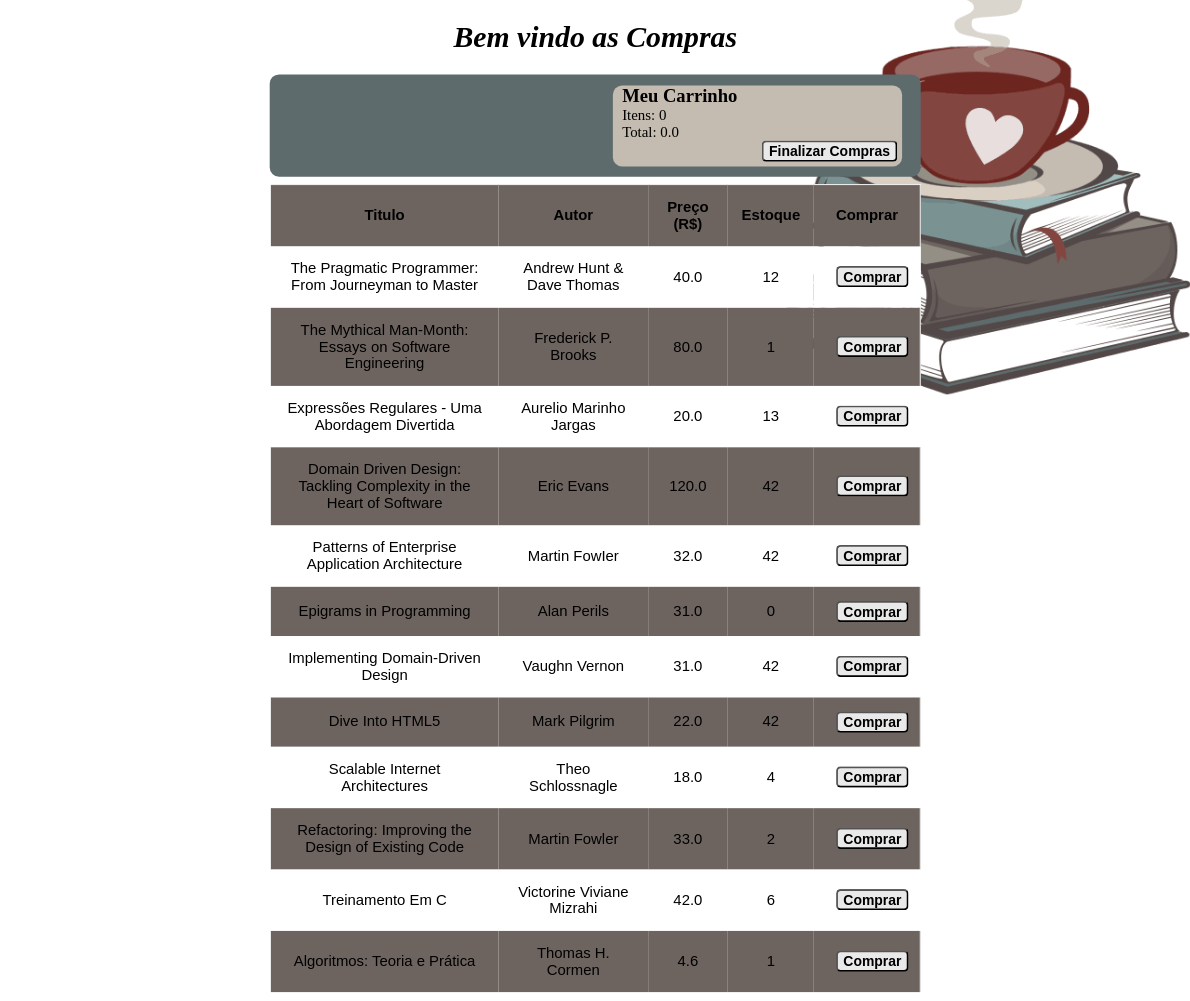
Repository: gabriellacrystina/ProjetoTegra
Page: http://localhost/book-store/Produtos
An editor plug-in stored every save of this project. The page is shown before and after the next save, followed by the edit.
The browser window is 1280 px wide. The pictures show the whole page, at 93% of full size.
Backgrounds fixed to the window are drawn as part of the page. The page is served by Tomcat 9. Other server files are loaded and not shown.

Above is the page before, as saved 2016-07-07 18:36:53.

### book-store/WebContent/index.jsp
<%@ page language="java" contentType="text/html; charset=UTF-8"
    pageEncoding="UTF-8"%>
<%@ page import="model.Produto" %>
<%@ page import="model.Item" %>
<%@ page import="java.util.ArrayList" %>
<%@ page import="java.util.List" %>
<%@ taglib uri="http://java.sun.com/jsp/jstl/core" prefix="c" %>


<!DOCTYPE html PUBLIC "-//W3C//DTD HTML 4.01 Transitional//EN" "http://www.w3.org/TR/html4/loose.dtd">
<html>
	<head>
		<meta http-equiv="Content-Type" content="text/html; charset=UTF-8">
		<link rel="stylesheet" type="text/css" href="book-store-style.css">
		<title>BookStore</title>
	</head>
	<body>
		<div class="cabecalho">
			<h1>Bem vindo as Compras</h1>
		</div>
		<%
			//Retirar esta lógica daqui!!
			ArrayList<Item> livrosEscolhidos = (ArrayList<Item>)session.getAttribute("listaItens");
			int qtde=0;
			double total=0;
			if( livrosEscolhidos != null){
				for(Item i: livrosEscolhidos){
					qtde = qtde + i.getQuantidade();
					total = total +  i.getProduto().getPreco() * i.getQuantidade();

				}
			}
		%>
			<div class="my-cart">
				<div class="cart">
					<label id="lbl-meu-carrinho">Meu Carrinho</label><br>
						Itens: <output class="lbl-itens" id="qtde-itens" name="quantidade-itens"><%=qtde%></output><br>
						Total: <output class="lbl-total" id="total" name="total-itens"><%=total%></output><br>
						<form action="MeuCarrinho">
							<button type="submit" class="btn" id="btn-finalizar-compra">Finalizar Compras</button>
						</form>
				</div>
			</div>

			<table id="tbl-books">
			  <tr>
			    <th>Titulo</th>
			    <th>Autor</th>
			    <th>Preço (R$)</th>
			    <th>Estoque</th>
			    <th>Comprar</th>
			  </tr>
		  		<c:forEach var="livro" items="${listaProdutos}" >
		  			<tr class="livros">
						<td class="nome-livro">${livro.titulo}</td>
						<td class="nome-autor">${livro.autor}</td>
						<td class="preco">${livro.preco}</td>
						<td class="estoque">${livro.estoque}</td>
						<td>
							<form action="Produtos" method="post" name="produtos" >
								<input type="hidden" name="id-livro" value="${livro.id}">
								<button class="btn btn-comprar" type="submit">Comprar</button>
							</form>

						</td>
					</tr>
				</c:forEach>
			</table>
		</body>
</html>

### book-store/src/servlet/BuscaProdutos.java
package servlet;

import java.io.IOException;

import javax.servlet.ServletException;
import javax.servlet.annotation.WebServlet;
import javax.servlet.http.HttpServlet;
import javax.servlet.http.HttpServletRequest;
import javax.servlet.http.HttpServletResponse;
import javax.servlet.http.HttpSession;

import java.util.ArrayList;
import java.util.List;

import model.Item;
import model.Produto;
import dao.ProdutoDAO;

/**
 * Servlet implementation class BuscaProdutos
 * Classe responsavel por gerar uma lista estatica de produtos;
 * E ainda montar uma lista de livros escolhidos pelo o usuário.
 *
 */
@WebServlet("/Produtos")
public class BuscaProdutos extends HttpServlet {
	private static final long serialVersionUID = 1L;

    /**
     * @see HttpServlet#HttpServlet()
     */
    public BuscaProdutos() {
        super();
        // TODO Auto-generated constructor stub
    }

	/**
	 * @see HttpServlet#doGet(HttpServletRequest request, HttpServletResponse response)
	 */
	protected void doGet(HttpServletRequest request, HttpServletResponse response) throws ServletException, IOException {

		HttpSession sessao = request.getSession();

		//Gerando lista estatica.
		List<Produto> produtos = new ProdutoDAO().getListaProdutos();

		//colocando na sessao a lista de produtos
		sessao.setAttribute("listaProdutos", produtos);

		//redirecionar pro index.
		request.getRequestDispatcher("index.jsp").forward(request, response);
	}

	/**
	 * @see HttpServlet#doPost(HttpServletRequest request, HttpServletResponse response)
	 */
	protected void doPost(HttpServletRequest request, HttpServletResponse response) throws ServletException, IOException {
		HttpSession sessao = request.getSession();
		Item item = new Item();
		Produto produto;
		double subtotal = 0, total=0;
		Integer indice, quantidade=0, qtdeLivros=0;
		Item itemEncontrado = null;

		//captura Lista de Produtos e LivrosEscolhidos da sessao.
		List<Produto> produtos = (ArrayList<Produto>) sessao.getAttribute("listaProdutos");
		ArrayList<Item> livrosEscolhidos = (ArrayList<Item>) sessao.getAttribute("listaItens");

		if(livrosEscolhidos == null){
			livrosEscolhidos = new ArrayList<Item>();
			sessao.setAttribute("listaItens", livrosEscolhidos);
		}

		//Indice do livro
		indice = Integer.parseInt(request.getParameter("id-livro"));
		produto = produtos.get(indice);

		if(produto.contemEstoqueDisponivel()){
			/**Montando um item para adicionar em livrosEscolhidos.**/
			//Se a lista estiver vazia
			if(livrosEscolhidos.isEmpty()){
				//add item
				item.setProduto(produto);

				quantidade = item.getQuantidade() + 1;
				item.setQuantidade(quantidade);

				subtotal = quantidade * produto.getPreco();
				item.setSubtotal(subtotal);

				livrosEscolhidos.add(item);

				produto.atualizaEstoqueVenda();
			}else{
				//Senao percorre a lista
				for(int i=0; i<livrosEscolhidos.size(); i++){
					//verifica se o item a ser adicionado já existe na lista de livros Escolhidos
					if(produto.getTitulo().equals(livrosEscolhidos.get(i).getProduto().getTitulo())){
						itemEncontrado = livrosEscolhidos.get(i);
					}
				}
				//item já existe na lista?
				if(itemEncontrado != null){
					//atualiza a quantidade e o subtotal deste item
					itemEncontrado.adicionarQuantidade();

					itemEncontrado.adicionarSubtotal(produto.getPreco());

					produto.atualizaEstoqueVenda();
				}else{
					//senao adiciona um novo item na lista
					item.setProduto(produto);

					quantidade = item.getQuantidade() + 1;
					item.setQuantidade(quantidade);

					subtotal = quantidade * produto.getPreco();
					item.setSubtotal(subtotal);

					livrosEscolhidos.add(item);

					produto.atualizaEstoqueVenda();
				}
			}
		}

		//Total de livros e valor correspondente
		if( livrosEscolhidos != null){
			for(Item i: livrosEscolhidos){
				qtdeLivros = qtdeLivros + i.getQuantidade();
				total = total +  i.getProduto().getPreco() * i.getQuantidade();
			}
		}

		sessao.setAttribute("qtdeLivros", qtdeLivros);
		sessao.setAttribute("total", total);
		request.getRequestDispatcher("index.jsp").forward(request, response);
	}
}

### book-store/src/dao/ProdutoDAO.java
package dao;

import java.util.ArrayList;
import java.util.List;

import model.Produto;

/**
 * Produto(Data Object Access)
 *
 * Classe que simula acesso ao banco de dados
 */

public class ProdutoDAO {

	private final static List<Produto> listaProdutos = new ArrayList<>();

	static{
		adicionaProduto(new Produto("The Pragmatic Programmer: From Journeyman to Master", "Andrew Hunt & Dave Thomas", 40.00, 12));
		adicionaProduto(new Produto("The Mythical Man-Month: Essays on Software Engineering", "Frederick P. Brooks", 80.00, 1));
		adicionaProduto(new Produto("Expressões Regulares - Uma Abordagem Divertida", "Aurelio Marinho Jargas",20.00 ,13 ));
		adicionaProduto(new Produto("Domain Driven Design: Tackling Complexity in the Heart of Software", "Eric Evans", 120.00, 42));
		adicionaProduto(new Produto("Patterns of Enterprise Application Architecture", "Martin FowIer", 32.00, 42));
		adicionaProduto(new Produto("Epigrams in Programming", "Alan Perils", 31.00, 0));
		adicionaProduto(new Produto("Implementing Domain-Driven Design", "Vaughn Vernon", 31.00, 42));
		adicionaProduto(new Produto("Dive Into HTML5", "Mark Pilgrim", 22.00, 42));
		adicionaProduto(new Produto("Scalable Internet Architectures", "Theo Schlossnagle", 18.00, 4));
		adicionaProduto(new Produto("Refactoring: Improving the Design of Existing Code", "Martin Fowler", 33.00, 2));
		adicionaProduto(new Produto("Treinamento Em C", "Victorine Viviane Mizrahi", 42.00, 6));
		adicionaProduto(new Produto("Algoritmos: Teoria e Prática", "Thomas H. Cormen", 4.60, 1));
	}


	//Metodo que gera id automático e adiciona um produto na lista.
	private static void adicionaProduto(Produto produto){
		int id = listaProdutos.size();
		produto.setId(id);
		listaProdutos.add(produto);
	}

	public List<Produto> getListaProdutos(){
		return listaProdutos;
	}
}

### book-store/src/model/Produto.java
package model;

public class Produto {

	private int id;
	private String titulo;
	private String autor;
	private Double preco;
	private int estoque;

	public Produto(String titulo, String autor, Double preco, int estoque) {
		this.titulo = titulo;
		this.autor = autor;
		this.preco = preco;
		this.estoque = estoque;
	}

	public int getId(){
		return id;
	}

	public void setId(int id){
		this.id = id;
	}

	public String getTitulo() {
		return titulo;
	}

	public String getAutor() {
		return autor;
	}

	public Double getPreco() {
		return preco;
	}

	public int getEstoque() {
		return estoque;
	}

	public void atualizaEstoqueVenda(){
		this.estoque -= 1;
	}

	public void atualizaEstoqueDevolucao(){
		this.estoque += 1;
	}
}

### book-store/WebContent/book-store-style.css
@CHARSET "ISO-8859-1";

body {
	background-image: url("teste.png");
	background-repeat: no-repeat;
	background-position: right top;
	background-attachment: fixed;
    width: 700px;
    margin-left: auto;
	margin-right: auto;
}

h1 {
	font-style: oblique;
	text-align: center;
    color: #000000;
}

#tbl-books {
	width: 100%;
	font-family: "Arial", "Helvetica", sans-serif;
	border: 1px solid #ffffff;
    border-collapse: collapse;

}

#tbl-books tr:nth-child(even){
	background-color: #FFFFFF
}

#tbl-books tr:nth-child(odd){
	background-color: #6D6460;
}

th, td {
    padding: 15px;
    text-align: center;
}

.my-cart{
	width: 100%;
	height: 110px;
	border-radius: 10px;
    padding: 12px 20px;
    margin: 8px 0;
    box-sizing: border-box;
	background-color: #5D6B6C;
	margin-left: auto;
	margin-right: auto;
}
.cart{
	float: right;
	background-color: #c4bcb0;
	border-radius: 10px;
	padding-left: 10px;
	padding-bottom: 5px;
	margin-left: auto;
	margin-right: auto;
}

.carrinho{
	background-color: #c4bcb0;
	border-radius: 10px;
	padding-left: 100px;
	padding-right: 500px;
	padding-bottom: 85px;
}

#lbl-meu-carrinho{
	font-size: 20px;
	font-weight: bold;
}

.btn {
	font-family: "Arial", "Helvetica", sans-serif;
	border-radius: 5px;
	font-size: 15px;
	font-weight: bold;
	margin-left: 150px;
	margin-right: 5px;
	background-color: #e9e9e9;
}

.btn-comprar{
	margin-left: 10%;
}

.it-carrinho{
	margin-right: 150px;
}

After the next save:
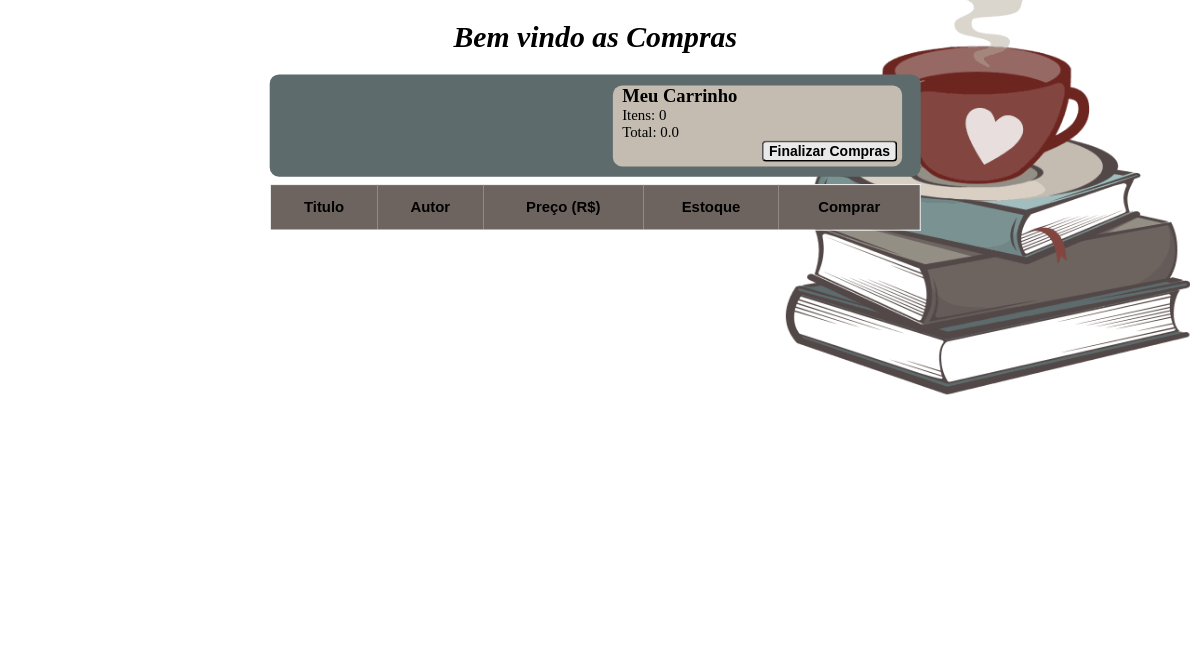
Saved 16 s later.
--- a/book-store/WebContent/index.jsp
+++ b/book-store/WebContent/index.jsp
@@ -50,7 +50,7 @@
 			    <th>Estoque</th>
 			    <th>Comprar</th>
 			  </tr>
-		  		<c:forEach var="livro" items="${listaProdutos}" >
+		  		<c:forEach var="livro" items="${listaProdutosd}" >
 		  			<tr class="livros">
 						<td class="nome-livro">${livro.titulo}</td>
 						<td class="nome-autor">${livro.autor}</td>

After the save that followed:
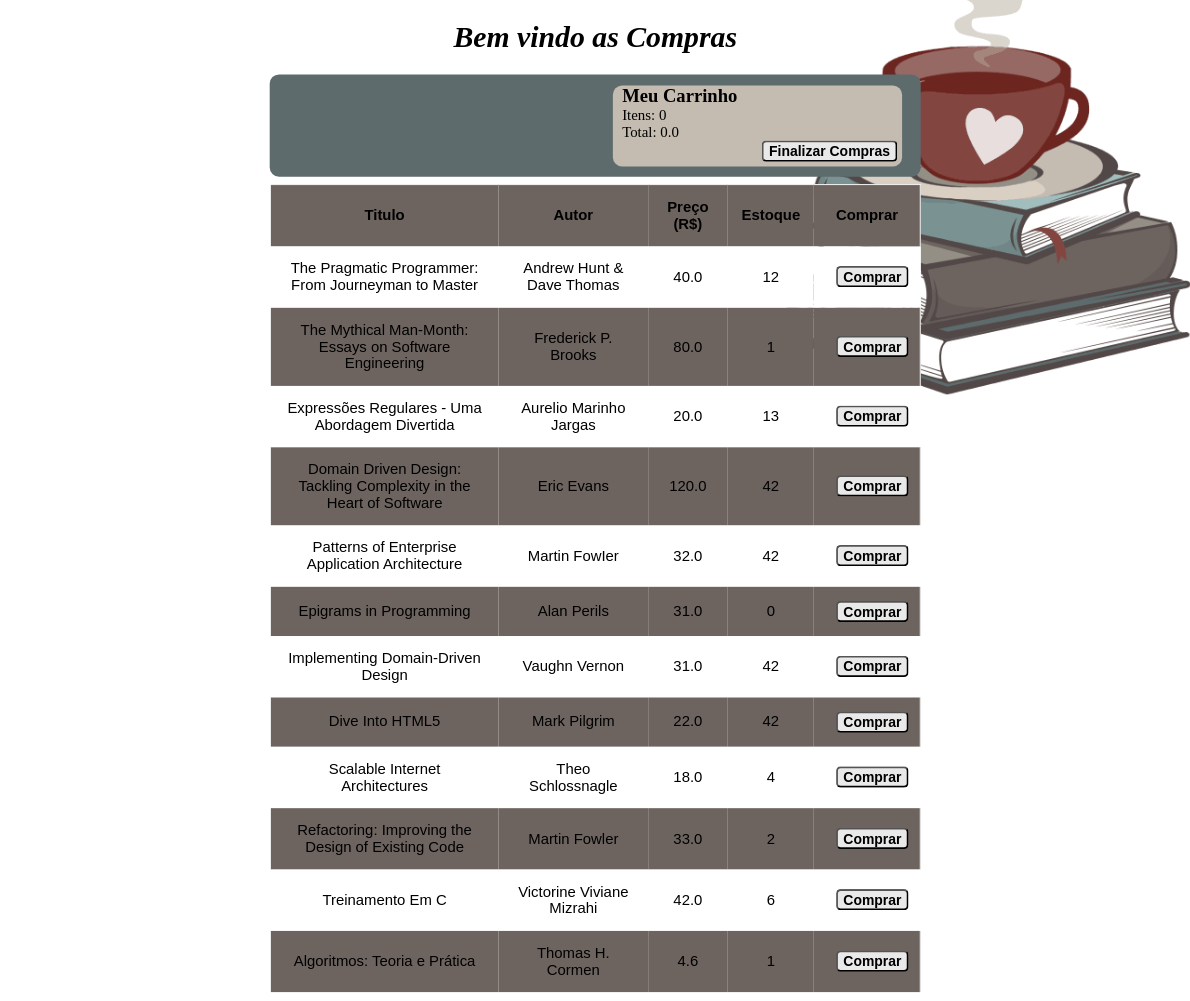
Saved 13 s later.
--- a/book-store/WebContent/index.jsp
+++ b/book-store/WebContent/index.jsp
@@ -50,7 +50,7 @@
 			    <th>Estoque</th>
 			    <th>Comprar</th>
 			  </tr>
-		  		<c:forEach var="livro" items="${listaProdutosd}" >
+		  		<c:forEach var="livro" items="${listaProdutos}" >
 		  			<tr class="livros">
 						<td class="nome-livro">${livro.titulo}</td>
 						<td class="nome-autor">${livro.autor}</td>
